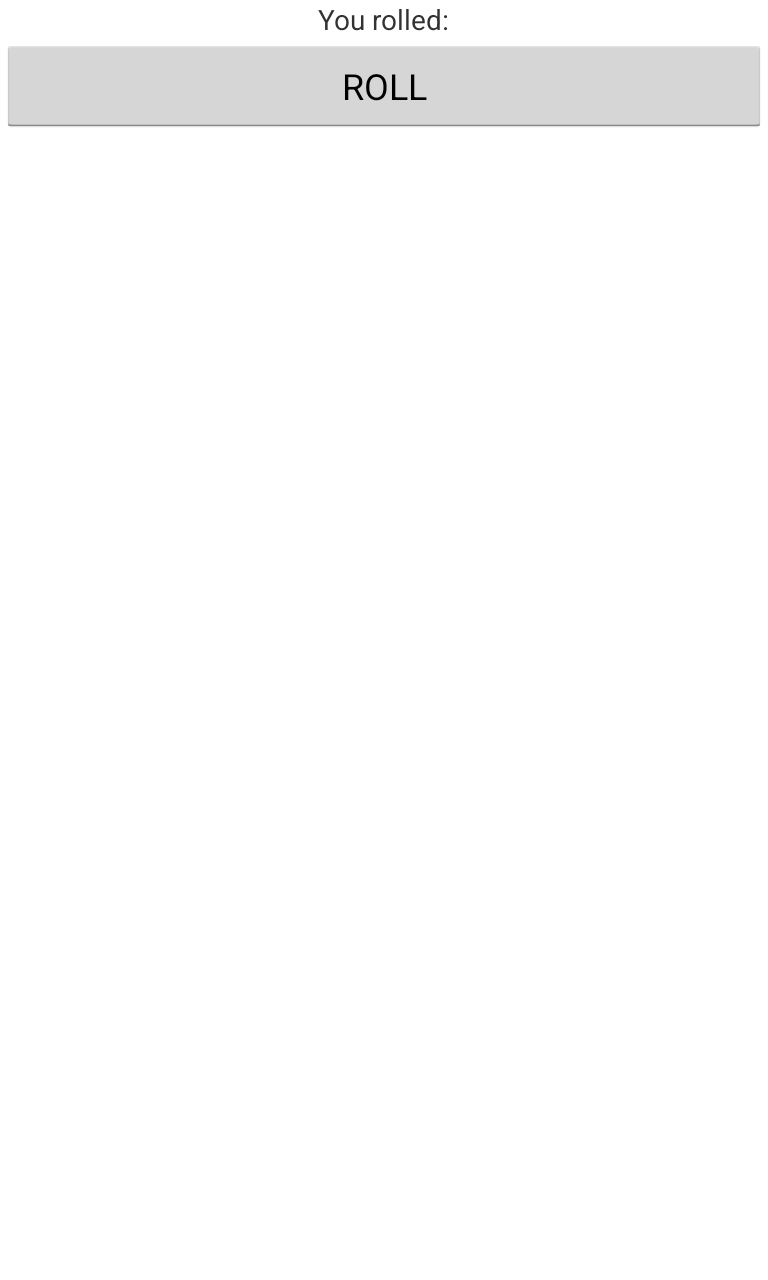
Repository: Bjodol/Roller
Layout: Roller/res/layout/dice_thrower.xml
These files come from the project's save history. The layout is drawn as it stood at one moment and after the next save; the edit follows.
It is drawn on a 768 x 1280 px phone screen (xhdpi) without system bars, with theme AppTheme; the app's code is not run. The app's manifest (not shown) leaves right-to-left support off. So textAlignment, textDirection and layoutDirection are ignored, and left and right values win over start and end ones.

Above is the layout before, as saved 2013-08-29 10:06:26.

After the next save:
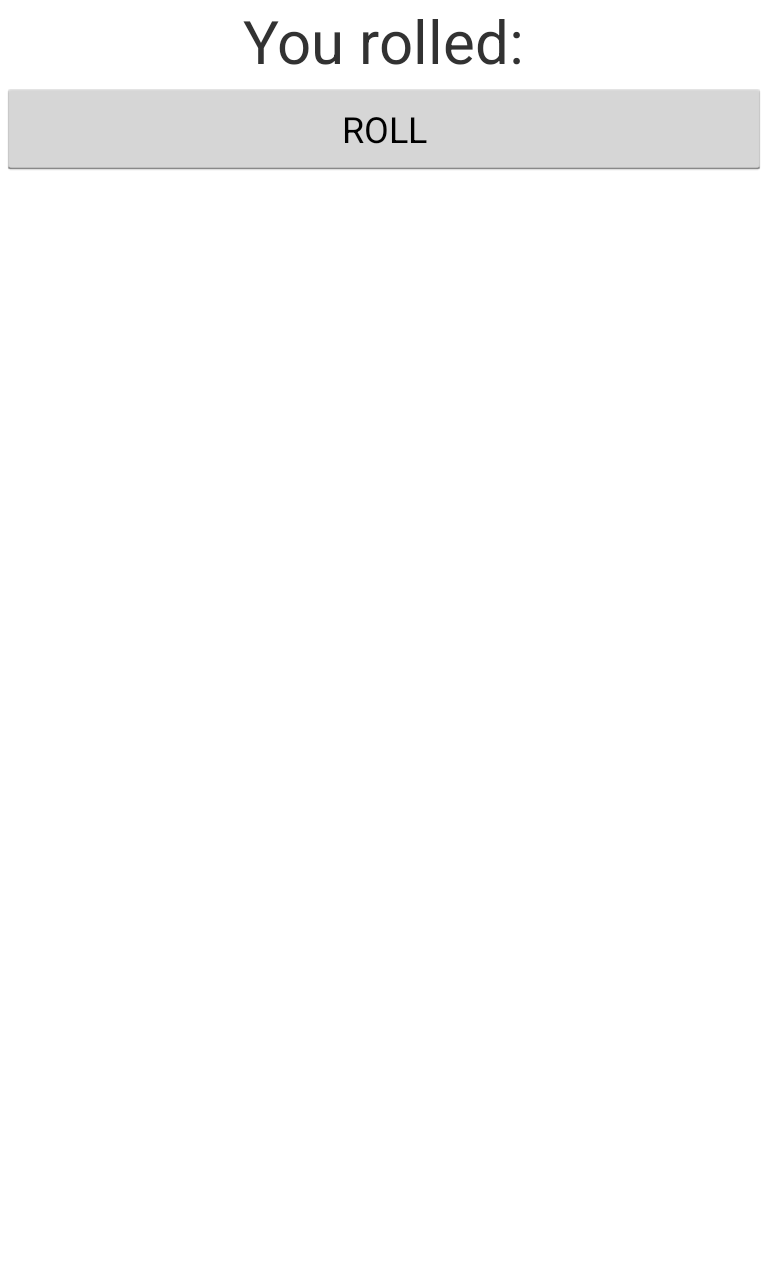
Saved 21 s later.
--- a/Roller/res/layout/dice_thrower.xml
+++ b/Roller/res/layout/dice_thrower.xml
@@ -10,6 +10,7 @@
         android:layout_gravity="center_horizontal"
         android:text="@string/youRolled"
         android:textAlignment="center"
+        android:textSize="30"
         />"
 
     <Button
